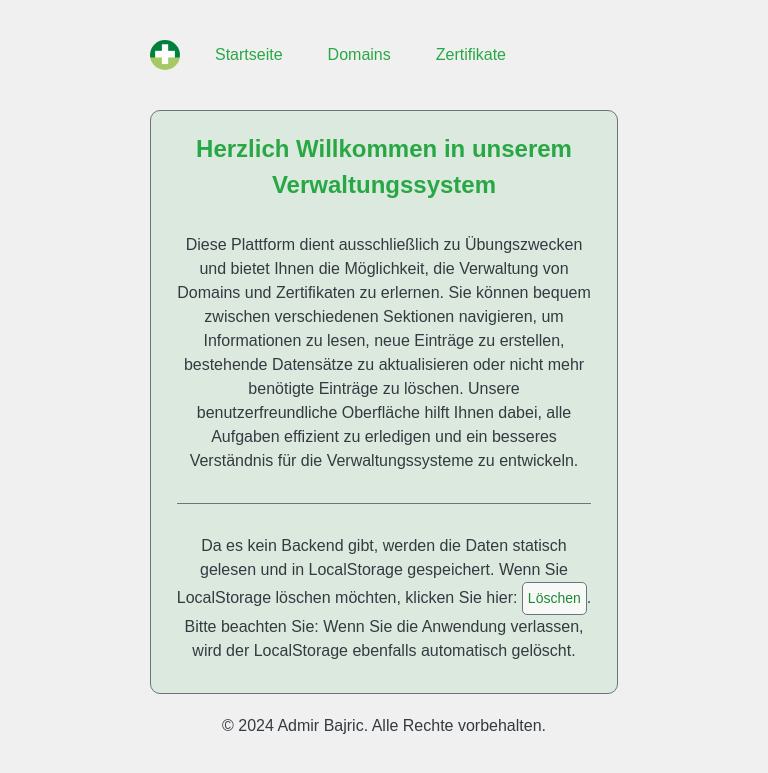
Repository: bajricadmir/verwaltungssystem-vanilla-html-css
Page: index.html
An editor plug-in stored every save of this project. The page is shown before and after the next save, followed by the edit.
The browser window is 768 px wide. The pictures show the whole page.

Above is the page before, as saved 2024-10-14 12:43:06.

After the next save:
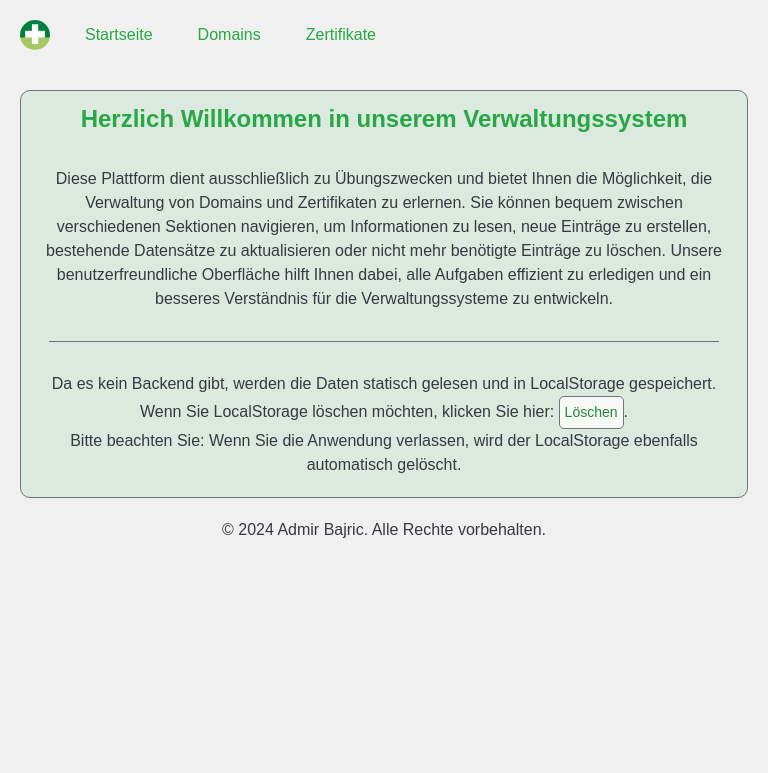
Saved 39 s later.
--- a/style.css
+++ b/style.css
@@ -149,3 +149,12 @@ table {
   margin-top: 20px;
   text-align: center;
 }
+
+@media (max-width: 768px) {
+  body {
+    padding: 20px;
+  }
+  .main-content {
+    padding: 10px;
+  }
+}
